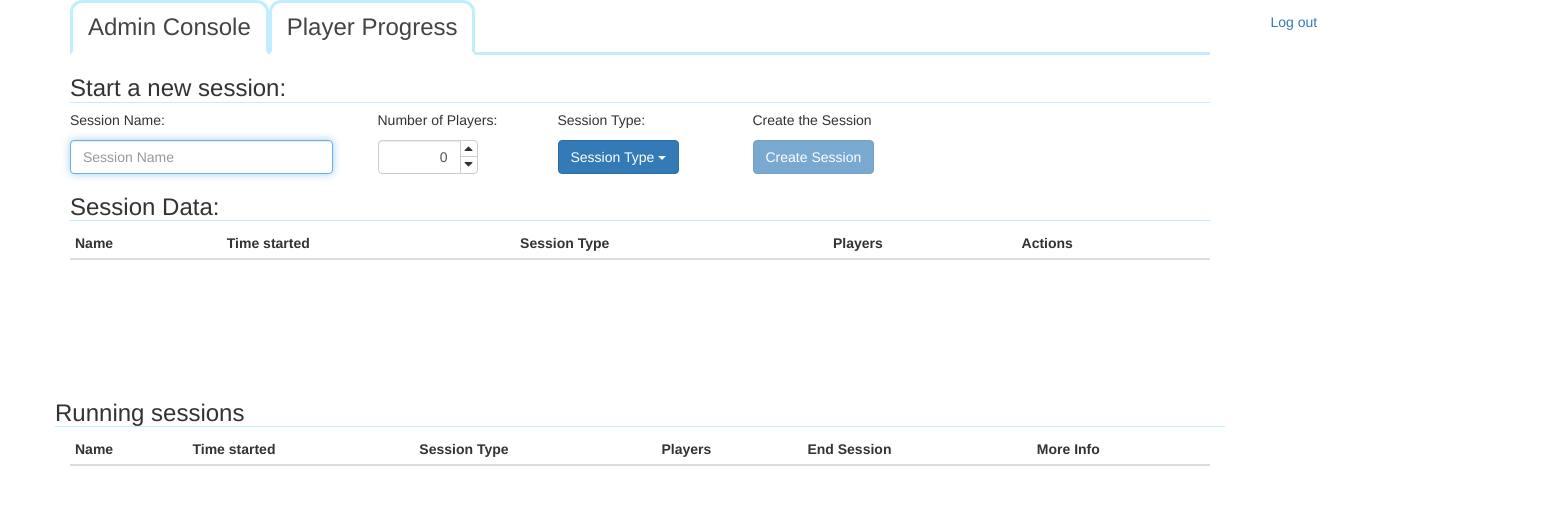
Repository: zmikaya/behavecon
Page: templates/group/controls/player_states.html
The author's editor kept a record of every edit. The page is drawn from the files as they stood at one moment, then again after the next edit.
The browser window is 1280 px wide. The page is 1548 px wide, so the pictures cover 1548 px, including what lies to the right of the window. The pictures show the whole page.
Some web libraries are served in a nearby version. The template is drawn by Django 2.2. The application's start-up code is not run. The template is opened directly, without the code that normally fills it, so the values that code supplies are empty.

Above is the page before.

After the next edit:
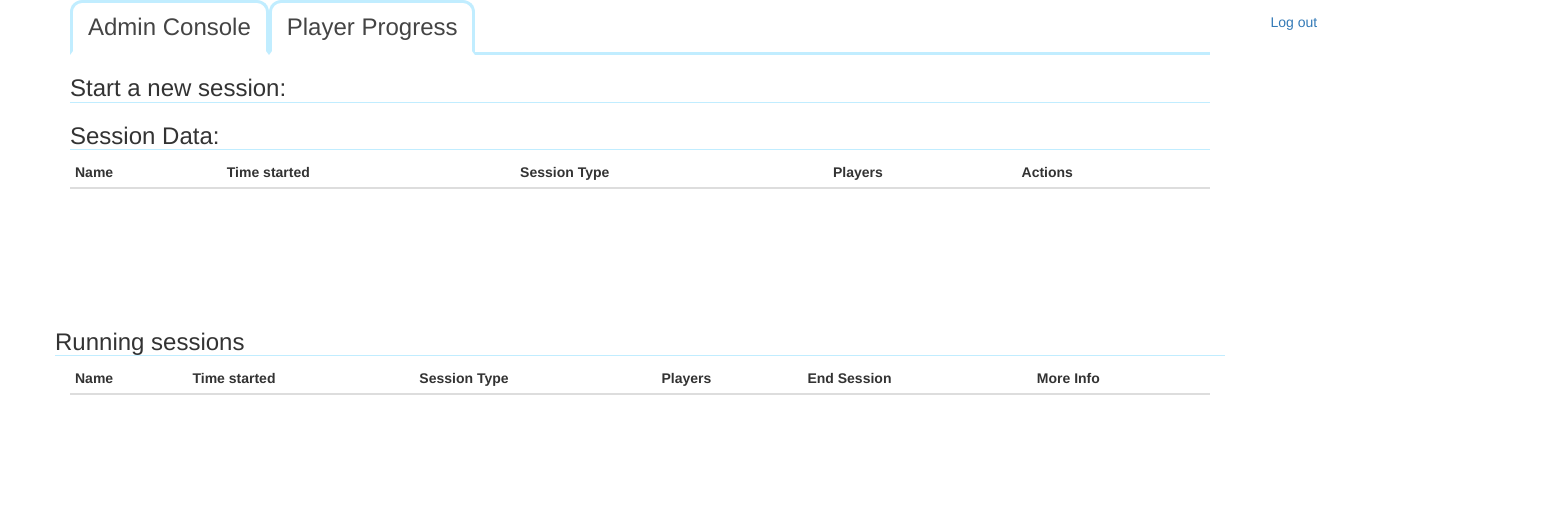
The edit:
--- a/templates/group/controls/player_states.html
+++ b/templates/group/controls/player_states.html
@@ -49,48 +49,48 @@
 
             <h3>Start a new session:</h3>
 
-            <div id="id_new_console_launchers">
-
-
-
-                <div class="row">
-                    <div class="col-lg-3">
-                        <label for="inputName" class="sr-only">Session name</label>
-                        <p>Session Name:</p>
-                        <input name="session" type="text" id="inputName" class="form-control" placeholder="Session Name" required autofocus>
-                    </div>
-                    <div class="col-lg-2">
-                        <div class="container">
-                          <p>Number of Players:</p>
-                          <div class="input-group spinner">
-                            <input id="spinner" type="text" class="form-control" value="0">
-                            <div class="input-group-btn-vertical">
-                              <button class="btn btn-default" type="button"><i class="fa fa-caret-up"></i></button>
-                              <button class="btn btn-default" type="button"><i class="fa fa-caret-down"></i></button>
-                            </div>
-                          </div>
-                        </div>
-                    </div>
-                    <div class="col-lg-2">
-                        <p>Session Type:</p>
-                        <div class="dropdown">
-                          <button id="sessionType" class="btn btn-primary dropdown-toggle" type="button" data-toggle="dropdown">Session Type
-                          <span class="caret"></span></button>
-                          <ul class="dropdown-menu">
-                            <li><a class="dropdown-item" href="#">Category 3Dams</a></li>
-                            <li><a class="dropdown-item" href="#">Free 3Dams</a></li>
-                            <li><a class="dropdown-item" href="#">Priming 3Dams</a></li>
-                          </ul>
-                        </div>
-                    </div>
-                    <div class="col-lg-2">
-                        <p>Create the Session</p>
-                         <button id="createSession" onclick="createSession()" class="btn btn-primary dropdown-toggle disabled">Create Session</span></button>
-                    </div>
-                </div>
-
-                <div class="clear"></div>
-            </div>
+            <!--<div id="id_new_console_launchers">-->
+
+
+
+            <!--    <div class="row">-->
+            <!--        <div class="col-lg-3">-->
+            <!--            <label for="inputName" class="sr-only">Session name</label>-->
+            <!--            <p>Session Name:</p>-->
+            <!--            <input name="session" type="text" id="inputName" class="form-control" placeholder="Session Name" required autofocus>-->
+            <!--        </div>-->
+            <!--        <div class="col-lg-2">-->
+            <!--            <div class="container">-->
+            <!--              <p>Number of Players:</p>-->
+            <!--              <div class="input-group spinner">-->
+            <!--                <input id="spinner" type="text" class="form-control" value="0">-->
+            <!--                <div class="input-group-btn-vertical">-->
+            <!--                  <button class="btn btn-default" type="button"><i class="fa fa-caret-up"></i></button>-->
+            <!--                  <button class="btn btn-default" type="button"><i class="fa fa-caret-down"></i></button>-->
+            <!--                </div>-->
+            <!--              </div>-->
+            <!--            </div>-->
+            <!--        </div>-->
+            <!--        <div class="col-lg-2">-->
+            <!--            <p>Session Type:</p>-->
+            <!--            <div class="dropdown">-->
+            <!--              <button id="sessionType" class="btn btn-primary dropdown-toggle" type="button" data-toggle="dropdown">Session Type-->
+            <!--              <span class="caret"></span></button>-->
+            <!--              <ul class="dropdown-menu">-->
+            <!--                <li><a class="dropdown-item" href="#">Category 3Dams</a></li>-->
+            <!--                <li><a class="dropdown-item" href="#">Free 3Dams</a></li>-->
+            <!--                <li><a class="dropdown-item" href="#">Priming 3Dams</a></li>-->
+            <!--              </ul>-->
+            <!--            </div>-->
+            <!--        </div>-->
+            <!--        <div class="col-lg-2">-->
+            <!--            <p>Create the Session</p>-->
+            <!--             <button id="createSession" onclick="createSession()" class="btn btn-primary dropdown-toggle disabled">Create Session</span></button>-->
+            <!--        </div>-->
+            <!--    </div>-->
+
+            <!--    <div class="clear"></div>-->
+            <!--</div>-->
 
             <h3 id="id_my_consoles_header">Session Data:</h3>
 
